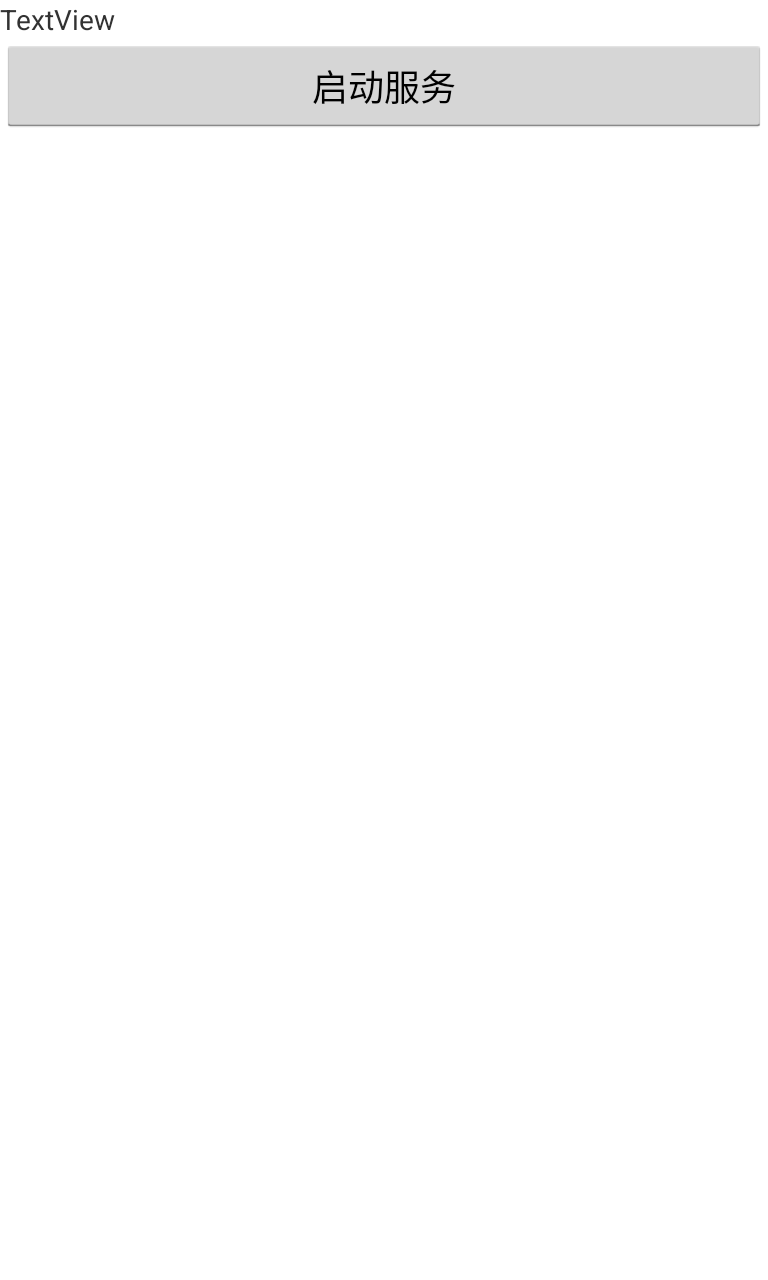
Repository: moetmd/learning-Android
Layout: ServiceDemo2/res/layout/activity_main.xml
These files come from the project's save history. The layout is drawn as it stood at one moment and after the next save; the edit follows.
It is drawn on a 768 x 1280 px phone screen (xhdpi) without system bars, with theme AppTheme; the app's code is not run.

Above is the layout before, as saved 2014-11-19 08:10:56.

After the next save:
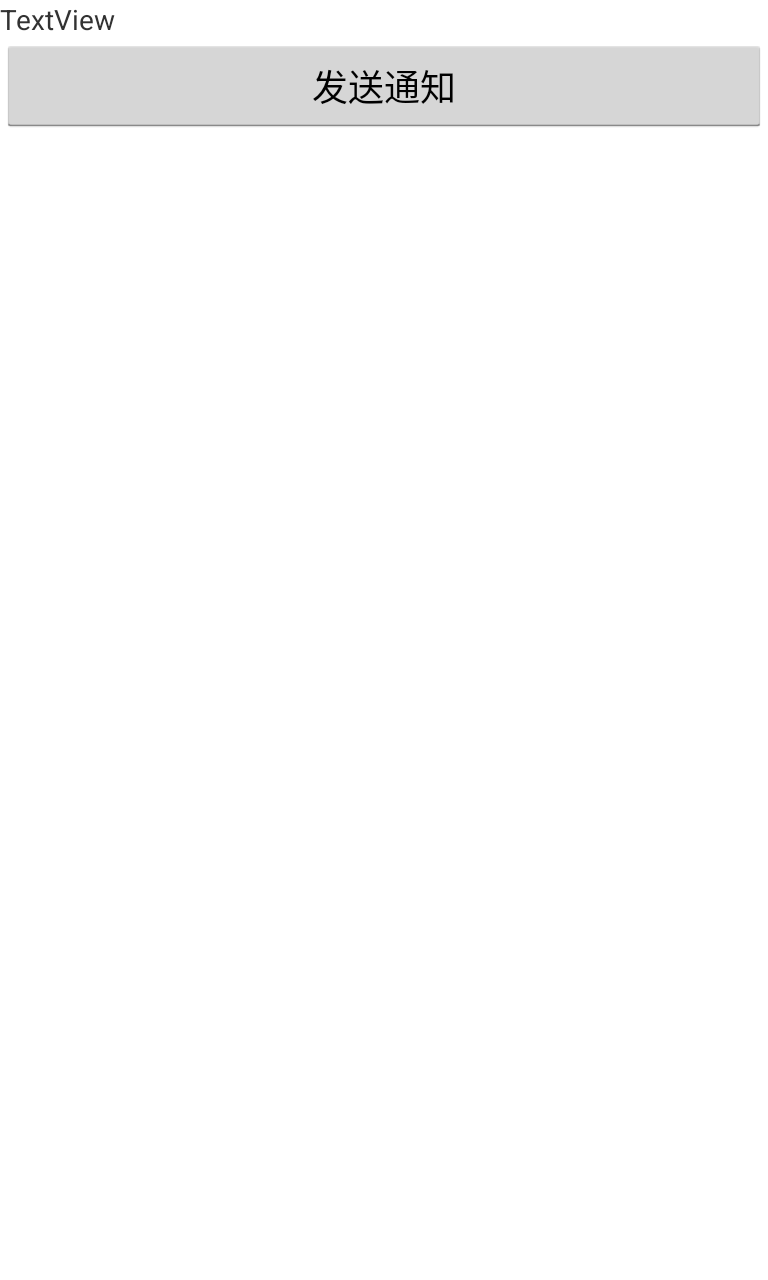
Saved 30 s later.
--- a/ServiceDemo2/res/layout/activity_main.xml
+++ b/ServiceDemo2/res/layout/activity_main.xml
@@ -21,7 +21,7 @@
             android:id="@+id/bt1"
             android:layout_width="match_parent"
             android:layout_height="wrap_content"
-            android:text="启动服务" />
+            android:text="发送通知" />
 
     </LinearLayout>
 
